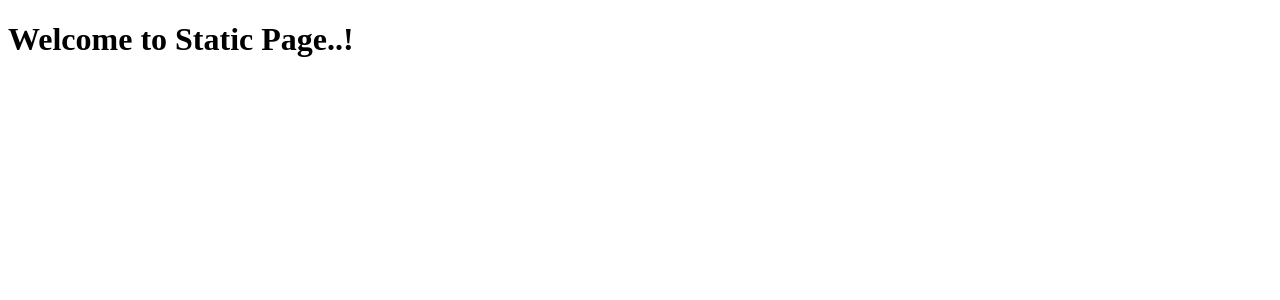
Repository: AalokJadhav/Weather_App
Page: public/index.html
An editor plug-in stored every save of this project. The page is shown before and after the next save, followed by the edit.
The browser window is 1280 px wide. The pictures show the whole page.

Above is the page before, as saved 2020-11-14 23:40:35.

### public/index.html
<!DOCTYPE html>
<html lang="en">
<head>
    <meta charset="UTF-8">
    <meta name="viewport" content="width=device-width, initial-scale=1.0">
    <title>Weather App</title>
    <link rel="stylesheet" href="css/style.css">
    <link rel="shortcut icon" href="images/logo.png" type="image/png">
</head>
<body>
    <h1>Welcome to Static Page..!</h1>
</body>
</html>

### public/css/style.css
.h1 {

    color: red;
}

After the next save:
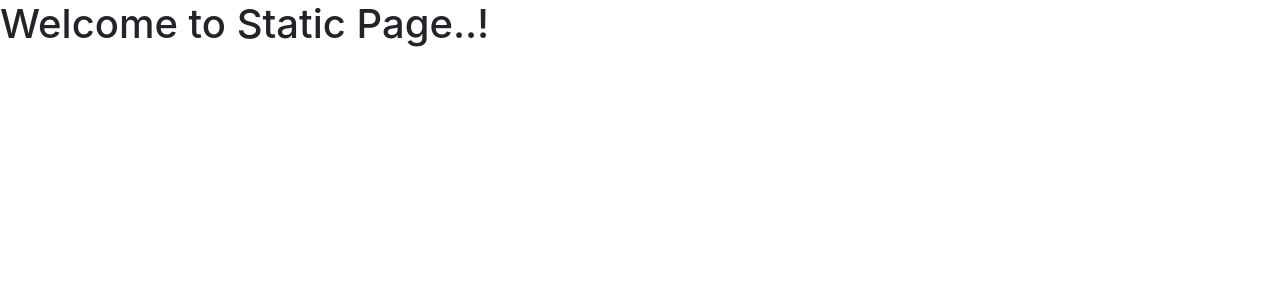
Saved 6 min 7 s later.
--- a/public/index.html
+++ b/public/index.html
@@ -1,13 +1,27 @@
 <!DOCTYPE html>
 <html lang="en">
+
 <head>
     <meta charset="UTF-8">
     <meta name="viewport" content="width=device-width, initial-scale=1.0">
     <title>Weather App</title>
+    <!-- Latest compiled and minified CSS -->
+    <link rel="stylesheet" href="https://maxcdn.bootstrapcdn.com/bootstrap/4.5.2/css/bootstrap.min.css">
+
+    <!-- jQuery library -->
+    <script src="https://ajax.googleapis.com/ajax/libs/jquery/3.5.1/jquery.min.js"></script>
+
+    <!-- Popper JS -->
+    <script src="https://cdnjs.cloudflare.com/ajax/libs/popper.js/1.16.0/umd/popper.min.js"></script>
+
+    <!-- Latest compiled JavaScript -->
+    <script src="https://maxcdn.bootstrapcdn.com/bootstrap/4.5.2/js/bootstrap.min.js"></script>
     <link rel="stylesheet" href="css/style.css">
     <link rel="shortcut icon" href="images/logo.png" type="image/png">
 </head>
+
 <body>
     <h1>Welcome to Static Page..!</h1>
 </body>
+
 </html>
